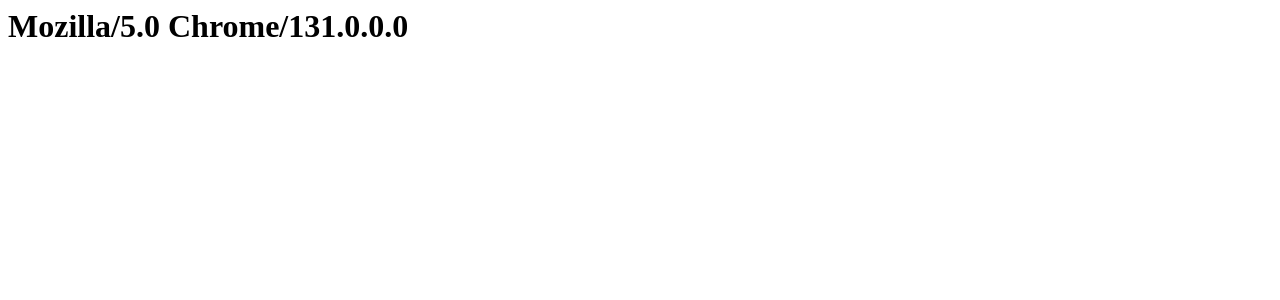
Repository: ravinforu/HTML5_CSS3_JS_Frameworks_Jul_2012-1
Page: http://localhost/Day02/check.jsp
These files come from the project's save history. The page is drawn as it stood at one moment and after the next save; the edit follows.
The browser window is 1280 px wide. The pictures show the whole page.
The page is served by Tomcat 9.

Above is the page before, as saved 2012-07-21 06:26:17.

### Day02/WebContent/check.jsp
<%
	String header = request.getHeader("user-agent");
	out.println("<h1>" + header + "</h1>");
%>

After the next save:
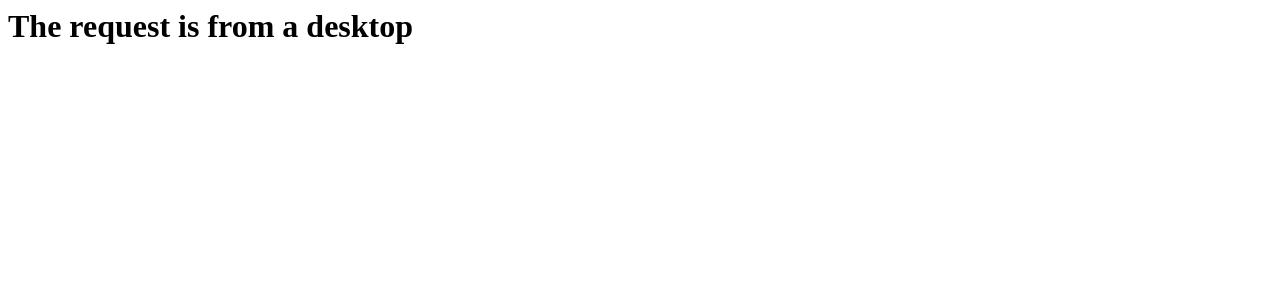
Saved 2 min 54 s later.
--- a/Day02/WebContent/check.jsp
+++ b/Day02/WebContent/check.jsp
@@ -1,4 +1,13 @@
 <%
 	String header = request.getHeader("user-agent");
-	out.println("<h1>" + header + "</h1>");
+	if(header.contains("iPhone"))
+		out.println("<h1>I am going to show an iPhone specific site</h1>");
+	else if(header.contains("iPod"))
+		out.println("<h1>I am going to show an iPod specific site</h1>");
+	else if(header.contains("Android"))
+		out.println("<h1>I am going to show an Android specific site</h1>");
+	else if(header.contains("iPad"))
+		out.println("<h1>I am going to show an iPad specific site</h1>");
+	else
+		out.println("<h1>The request is from a desktop</h1>");
 %>
